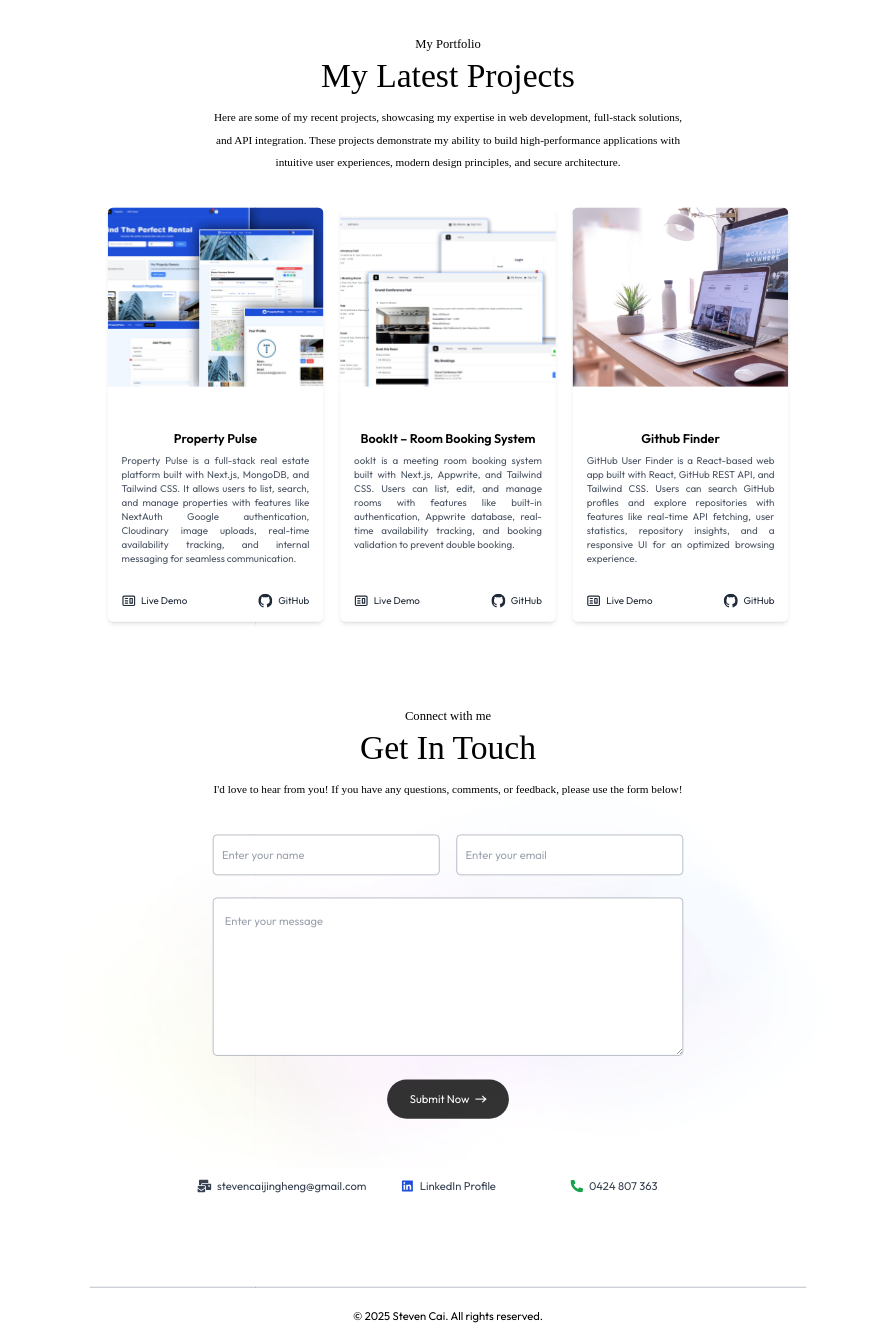
Repository: Steven4cai/profolio
Page: /
The author's editor kept a copy of each file at every save. The page is drawn from the files as they stood at one save, then again after the next save.
The browser window is 1280 px wide. The pictures show the part of the page from y = 2345 to 4265 px (the page is 4265 px tall before and 4241 px after), at 70% of full size.
Some web fonts or font styles are not loaded; a fallback is used. The project was rebuilt for these pictures with package versions that can differ from the ones it lists, and the page was loaded fresh each time. The framework's server and built-in components were replaced by stand-ins that run in the browser. Also part of the build but not shown: next.config.mjs.

Above is the page before, as saved 2025-02-09 14:47:47.

### app/layout.js
import {Outfit,Ovo} from "next/font/google";
import "./globals.css";

const outfit = Outfit({
  subsets: ["latin"],weight:["400","500","600","700"]
});

const ovo = Ovo({
  subsets: ["latin"],weight:["400"]
});

export const metadata = {
  title: "Profolio - Steven",
  description: "",
};

export default function RootLayout({ children }) {
  return (
    <html lang="en" className="scroll-smooth ">
      <body className={`${outfit.className} ${ovo.className} antialiased leading-8 overflow-x-hidden
      dark:bg-darkTheme dark:text-white`}>
        <main>{children}</main>
      </body>
    </html>
  );
}

### app/page.js
'use client'
import About from "@/components/About";
import Header from "@/components/Header";
import Navbar from "@/components/Navbar";
import Services from "@/components/Services";
import Work from "@/components/Work";
import Contact from "@/components/Contact";
import Footer from "@/components/Footer";
import { useEffect, useState } from "react";

export default function Home() {
  const [isDark,setIsDark] = useState(false)

  useEffect(()=>{
    if(localStorage.theme === 'dark' || (!('theme' in localStorage) && window.matchMedia('(prefers-color-scheme:dark)').matches)){
      setIsDark(true)
    }else{
      setIsDark(false)
    }
  },[])

  useEffect(()=>{
    if(isDark){
      document.documentElement.classList.add('dark')
      localStorage.theme = 'dark'
    }else{
      document.documentElement.classList.remove('dark')
      localStorage.theme = ''
    }
  } ,[isDark])
  return (
    <>
    <Navbar isDark = {isDark} setIsDark = {setIsDark}/>
    <Header isDark = {isDark}/>
    <About isDark = {isDark}/>
    <Services isDark = {isDark}/>
    <Work isDark = {isDark}/>
    <Contact isDark = {isDark}/>
    <Footer isDark = {isDark}/>
    </>
  );
}

### components/About.jsx
import Image from 'next/image'
import React from 'react'
import {assets, infoList, toolsData} from '@/assets/assets'


const About = ({isDark}) => {
  return (
    <div id='about' className='w-full px-[12%] py-10 scroll-mt-20'>
      <h4 className='text-center mb-2 text-lg font-Ovo'>Introduction</h4>
      <h2 className='text-center text-5xl font-Ovo'>About Me</h2>

    <div className='flex w-full flex-col lg:flex-row items-center gap-20 my-20'>
        <div className='w-64 sm:w-80 rounded-3xl max-w-none'>
            <Image src={assets.user_image} alt='user'
            className='w-full rounded-3xl'/>
        </div>
        <div className='flex-1'>
            <p className='mb-10 max-w-2xl font-Ovo'>
            I am a web developer with a background in IT and software
         engineering. I specialize in building scalable and efficient web
          applications, focusing on clean code, performance optimization,
          and user experience. Skilled in both front-end and back-end
          technologies, I am always eager to learn and apply new solutions.
            </p>
            <ul className='grid grid-cols-1 sm:grid-cols-3 gap-6 max-w-2xl'>
                {infoList.map((info,index) => (
                    <li
                    className='border-[0.5px] border-gray-400 rounded-xl p-6
                    cursor-pointer hover:bg-lightHover hover:-translate-y-1 duration-500
                    hover:shadow-black
                    dark:border-white dark:hovr:shadow-white dark:hover:bg-darkHover/50'
                    key={index}>
                        <Image src={isDark ? info.iconDark : info.icon} alt={info.title} className='w-7 mt-3'/>
                        <h3 className='my-4 font-semiblod text-gray-700 dark:text-white'>{info.title}</h3>
                        <p className='text-gray-600 text-sm dark:text-white/80'>{info.description}</p>
                    </li>
                ))}
            </ul>

            <h4 className='my-6 text-gray-700 font-Ovo dark:text-white/80'>Tools I use</h4>


                <ul className='flex items-center gap-3 sm:gap-5'>
                    {toolsData.map((tool,index) => (
                        <li className=
                        'flex items-center justify-center w-12 sm:w-14 aspect-square border border-gray-400 rounded-lg cursor-pointer hover:-translate-y-1 duration-500'
                         key={index}>
                            <Image src={tool} alt='Tool' className='w-5 sm:w-7' />
                        </li>
                    ))}
                </ul>
        </div>
    </div>

    </div>
  )
}

export default About

### components/Header.jsx
import React from 'react'
import Image from 'next/image'
import {assets} from '@/assets/assets'

const Header = () => {
  return (
    <div className=
    'w-11/12 max-w-3xl text-center mx-auto h-screen flex flex-col items-center justify-center gap-4'>
      <div>
        <Image src={assets.profile_img} alt='' className='rounded-full w-32'/>
      </div>
      <h3 className='flex items-end gap-2 text-xl md:text-2xl mb-3 font-Ovo'>Hi! I'm Steven Cai <Image src={assets.hand_icon} alt='' className='w-6'/></h3>
        <h1 className='text-3xl sm:text-6xl lg:text-[66px] font-Ovo'>Frontend web developer based in Sydney</h1>
        <p className='max-w-2xl mx-auto font-Ovo'>
          Web developer with a strong foundation in software engineering,
           specializing in building efficient, scalable, and user-friendly
            applications.
        </p>
        <div className=
        'flex flex-col sm:flex-row items-center gap-4 mt-4'>
            <a href="#contact"
             className='px-10 py-3 border rounded-full bg-black text-white flex items-center gap-2
             dark:bg-transparent'>
                Contact me  <Image src={assets.right_arrow_white} alt='' className='w-4'/></a>
            <a href="/Steven_Cai_ITResume.pdf" download
            className='px-10 py-3 border rounded-full border-gray-500 flex items-center gap-2
            bg-white dark:text-black'
            >My resume  <Image src={assets.download_icon} alt='' className='w-4'/></a>

        </div>


    </div>
  )
}

export default Header

### components/Navbar.jsx
'use client'

import Image from 'next/image'
import React, { useEffect, useState } from 'react'
import {assets} from '@/assets/assets'

const Navbar = ({isDark,setIsDark}) => {
    const [isScroll, setIsScrool] = useState(false)

    const [isMenuOpen, setIsMenuOpen] = useState(false);

    const openMenu = () => {
        setIsMenuOpen(true);
    };

    const closeMenu = () => {
        setIsMenuOpen(false);
    };

    useEffect(()=>{
        window.addEventListener('scroll',()=>{
            if(scrollY > 50){
                setIsScrool(true)
            }else{
                setIsScrool(false)
            }
        })
    } ,[])

    return (
        <>
            <div className='fixed top-0 right-0 w-11/12 -z-10 translate-y-[-80%] dark:hidden'>
                <Image src={assets.header_bg_color} alt='' className='w-full' />
            </div>

            <nav className={`w-full fixed px-5 lg:px-8 xl:px-[8%] py-4 flex
                items-center justify-between z-50 ${isScroll
                ? 'bg-white bg-opacity-50 backdrop-blur-lg shadow-sm dark:bg-darkTheme dark:shadow-white/20'
                : ''}`}>
                <a href="#top">
                    <Image alt='logo' className='w-28 cursor-pointer mr-14 bg-white rounded-full' src={assets.logo} />
                </a>

                <ul className={`hidden md:flex items-center gap-6
                    lg:gap-8 rounded-full px-12 py-3
                    ${isScroll ?'' : 'bg-white shadow-sm bg-opacity-50 dark:border dark:border-white/50 dark:bg-transparent'}`}>
                    <li><a className='font-Ovo' href="#top">Home</a></li>
                    <li><a className='font-Ovo' href="#about">About me</a></li>
                    <li><a className='font-Ovo' href="#services">Services</a></li>
                    <li><a className='font-Ovo' href="#work">My Work</a></li>
                    <li><a className='font-Ovo' href="#contact">Contact me</a></li>
                </ul>

                <div className='flex items-center gap-4'>

                    <button onClick={() => setIsDark(prev => !prev)}>
                        <Image src={isDark ? assets.sun_icon : assets.moon_icon} alt='' className='w-6' />
                    </button>

                    <a href='#contact' className='hidden lg:flex items-center gap-3 px-10 py-2.5
                    border border-gray-500 rounded-full ml-4 font-Ovo
                    dark:border-white/50'>
                        Contact <Image className='w-3' src={isDark ?assets.arrow_icon_dark :assets.arrow_icon} alt='arrowicon' />
                    </a>

                    <button className='block md:hidden ml-3' onClick={openMenu}>
                        <Image src={isDark ?assets.menu_white :assets.menu_black} alt='' className='w-6' />
                    </button>
                </div>

                <ul className={`flex flex-col gap-4 py-20 px-10
                fixed -right-0 top-0 bottom-0 w-64 z-50 h-screen bg-rose-50
                transition duration-500' dark:bg-darkHover dark:text-white
                ${isMenuOpen ? 'translate-x-0' : 'translate-x-[16rem]'} md:hidden`}>
                    {/* Close Button */}
                    <div className='absolute right-6 top-6' onClick={closeMenu}>
                        <Image src={isDark ?assets.close_white :assets.close_black} alt='' className='w-5 cursor-pointer' />
                    </div>

                    <li><a onClick={closeMenu} className='font-Ovo' href="#top">Home</a></li>
                    <li><a onClick={closeMenu} className='font-Ovo' href="#about">About me</a></li>
                    <li><a onClick={closeMenu} className='font-Ovo' href="#services">Services</a></li>
                    <li><a onClick={closeMenu} className='font-Ovo' href="#work">My Work</a></li>
                    <li><a onClick={closeMenu} className='font-Ovo' href="#contact">Contact me</a></li>
                </ul>
            </nav>
        </>
    )
}

export default Navbar;

### components/Services.jsx
import React from "react";
import { TbWorld } from "react-icons/tb";
import { RiStackFill } from "react-icons/ri";
import { AiOutlineApi } from "react-icons/ai";
import { MdSecurity } from "react-icons/md";

export const serviceData = [
  { icon: <TbWorld className="text-4xl text-gray-700 dark:text-white" />, title: 'Frontend Development', description: 'Building modern, responsive, and interactive web applications using React.js, Next.js, and Tailwind CSS to ensure seamless user experience.', link: '' },
  { icon: <RiStackFill className="text-4xl text-gray-700 dark:text-white" />, title: 'Full-Stack Development', description: 'Developing scalable web applications with Next.js, Appwrite, MongoDB, and Firebase, handling both frontend and backend efficiently.', link: '' },
  { icon: <AiOutlineApi className="text-4xl text-gray-700 dark:text-white" />, title: 'API Development & Integration', description: 'Creating and integrating RESTful APIs to enable smooth data communication between systems, ensuring high performance and security.', link: '' },
  { icon: <MdSecurity className="text-4xl text-gray-700 dark:text-white" />, title: 'Authentication & Security', description: 'Implementing secure authentication using NextAuth.js, OAuth, JWT, and Firebase Auth, ensuring data protection and user privacy.', link: '' },
];

const Services = () => {
  return (
    <div id='services' className='w-full px-[12%] py-10 scroll-mt-20'>
      <h4 className='text-center mb-2 text-lg font-Ovo'>What I offer</h4>
      <h2 className='text-center text-5xl font-Ovo'>My Services</h2>

      <p className='text-center max-w-2xl mx-auto mt-5 mb-12 font-Ovo'>
        I design and develop modern, high-performance web applications with
        a focus on efficiency, scalability, and seamless user experience. Whether
        it’s front-end UI/UX, full-stack solutions, or API integrations,
        I build robust and maintainable systems tailored to business needs.
      </p>

      <div className='grid grid-cols-1 sm:grid-cols-2 md:grid-cols-4 gap-6 my-10'>
        {serviceData.map(({ icon, title, description, link }, index) => (
          <div
            className='border border-gray-400 rounded-lg px-8 py-10 flex flex-col items-center text-center
              hover:shadow-black cursor-pointer hover:bg-lightHover hover:-translate-y-1 duration-500
              dark:hover:bg-darkHover dark:hover:shadow-white'
            key={index}
          >
            {icon}
            <h3 className='text-lg my-4 text-gray-700 dark:text-white'>{title}</h3>
            <p className='text-sm text-gray-600 leading-5 dark:text-white/80'>{description}</p>
          </div>
        ))}
      </div>
    </div>
  );
};

export default Services;

### components/Work.jsx
import { assets, workData } from '@/assets/assets';
import React from 'react';
import Image from 'next/image';
import Link from 'next/link';
import { BsGithub } from 'react-icons/bs';
import { CgWebsite } from 'react-icons/cg';

const Work = ({ isDark }) => {
  return (
    <div id="work" className="w-full px-[12%] py-10 scroll-mt-20">
      <h4 className="text-center mb-2 text-lg font-Ovo">My Portfolio</h4>
      <h2 className="text-center text-5xl font-Ovo">My Latest Projects</h2>

      <p className="text-center max-w-2xl mx-auto mt-5 mb-12 font-Ovo">
      Here are some of my recent projects, showcasing my expertise in web
       development, full-stack solutions, and API integration. These projects
        demonstrate my ability to build high-performance applications
         with intuitive user experiences, modern design principles, and secure
         architecture.
      </p>

      <div className="grid grid-cols-1 sm:grid-cols-2 md:grid-cols-3 gap-6 my-10">
  {workData.map((work, index) => (
    <div
      key={index}
      className="flex flex-col bg-white dark:bg-gray-900 rounded-lg shadow-md overflow-hidden group cursor-pointer"
    >
      <div
        className="h-64 bg-cover bg-center transition-transform duration-500 group-hover:scale-105 mb-10"
        style={{ backgroundImage: `url(${work.bgImage})` }}
      ></div>

      <div
        className="p-5 w-full flex flex-col flex-grow transition-all duration-500 group-hover:-translate-y-2"
      >
        <h2 className="font-semibold text-lg dark:text-white text-center">
          {work.title}
        </h2>
        <p className="text-sm text-gray-600 dark:text-gray-300 mt-2 text-justify flex-grow">
          {work.description}
        </p>

        <div className="mt-10 flex justify-between items-center">
          <Link
            href={work.website}
            target="_blank"
            className="flex items-center gap-2 text-sm text-gray-800 dark:text-white hover:text-blue-500 transition-colors"
          >
            <CgWebsite className="text-xl" /> Live Demo
          </Link>

          <Link
            href={work.github}
            target="_blank"
            className="flex items-center gap-2 text-sm text-gray-800 dark:text-white hover:text-gray-600 transition-colors"
          >
            <BsGithub className="text-xl" /> GitHub
          </Link>
        </div>
      </div>
    </div>
  ))}
</div>

    </div>
  );
};

export default Work;

### components/Contact.jsx
'use client'
import { assets } from '@/assets/assets'
import React,{ useState } from 'react'
import Image from 'next/image'
import { FaPhoneAlt,FaMailBulk } from "react-icons/fa";
import Link from 'next/link';
import { AiFillLinkedin } from "react-icons/ai";
const Contact = () => {

    const [result, setResult] = React.useState("");

  const onSubmit = async (event) => {
    event.preventDefault();
    setResult("Sending....");
    const formData = new FormData(event.target);

    formData.append("access_key", "d1d257f8-3b83-45d6-8d1c-4f4ca340e588");

    const response = await fetch("https://api.web3forms.com/submit", {
      method: "POST",
      body: formData
    });

    const data = await response.json();

    if (data.success) {
      setResult("Form Submitted Successfully");
      event.target.reset();
    } else {
      console.log("Error", data);
      setResult(data.message);
    }
  };


  return (
    <div id='contact' className='w-full px-[12%] py-10 scroll-mt-20 bg-[url("/footer-bg-color.png")] bg-no-repeat
    bg-center bg-[length:90%_auto] dark:bg-none'>
        <h4 className='text-center mb-2 text-lg font-Ovo'>Connect with me</h4>
        <h2 className='text-center text-5xl font-Ovo'>Get In Touch</h2>

        <p className='text-center max-w-2xl mx-auto mt-5 mb-12 font-Ovo'>
       I'd love to hear from you! If you have any questions, comments, or feedback, please use the form below!
        </p>

        <form onSubmit={onSubmit} className='max-w-2xl mx-auto'>
            <div className='grid grid-cols-auto gap-6 mt-10 mb-8'>
                <input
                className='flex-1 p-3 outline-none border-[0.5px] border-gray-400 rounded-md bg-white
                dark:bg-darkHover/30 dark:border-white/90'
                type="text" placeholder='Enter your name' required name="name" />
                <input
                className='flex-1 p-3 outline-none border-[0.5px] border-gray-400 rounded-md bg-white
                dark:bg-darkHover/30 dark:border-white/90'
                type="email" placeholder='Enter your email' required name="email" />
            </div>
            <textarea
            className='w-full p-4 outline-none border-[0.5px] border-gray-400 rounded-md bg-white mb-6
            dark:bg-darkHover/30 dark:border-white/90'
            rows={6} placeholder='Enter your message'  name="message" required></textarea>
            <button
            className='py-3 px-8 w-max flex items-center justify-between gap-2 bg-black/80 text-white rounded-full
            mx-auto hover:bg-black duration-500 dark:bg-transparent dark:border-[0.5px] dark:hover:bg-darkHover'
            type='submit'>
                Submit Now <Image src={assets.right_arrow_white} alt='' className='w-4'/>
            </button>

            <p className='mt-4'>{result}</p>
            <div className='mt-20'>
            <div className="grid grid-cols-1 sm:grid-cols-2 md:grid-cols-3 gap-10 justify-items-center my-10">
  {/* 📧 邮件 */}
  <Link href="mailto:stevencaijingheng@gmail.com">
    <div className="flex items-center gap-2 cursor-pointer hover:text-blue-500 transition">
      <FaMailBulk className="text-xl text-gray-700 dark:text-white" />
      <span className="text-gray-700 dark:text-white">stevencaijingheng@gmail.com</span>
    </div>
  </Link>

  {/* 🔗 LinkedIn */}
  <Link href="https://www.linkedin.com/in/stevencai1" target="_blank" rel="noopener noreferrer">
    <div className="flex items-center gap-2 cursor-pointer hover:text-blue-500 transition">
      <AiFillLinkedin className="text-blue-700 dark:text-blue-400 text-xl" />
      <span className="text-gray-700 dark:text-white">LinkedIn Profile</span>
    </div>
  </Link>

  {/* 📞 电话 */}
  <div className="flex items-center gap-2">
    <FaPhoneAlt className="text-green-600 text-lg" />
    <span className="text-gray-700 dark:text-white">0424 807 363</span>
  </div>
</div>

      </div>
        </form>
    </div>
  )
}

export default Contact

### components/Footer.jsx
import Image from 'next/image'
import React from 'react'
import { assets } from '@/assets/assets'


const Footer = ({ isDark }) => {
  const currentYear = new Date().getFullYear();

  return (




      <div className='text-center border-t border-gray-400 mx-[10%] mt-12 py-6'>
        <p>&copy; {currentYear} Steven Cai. All rights reserved.</p>
      </div>

  )
}

export default Footer;

### tailwind.config.mjs
/** @type {import('tailwindcss').Config} */
export default {
  content: [
    "./pages/**/*.{js,ts,jsx,tsx,mdx}",
    "./components/**/*.{js,ts,jsx,tsx,mdx}",
    "./app/**/*.{js,ts,jsx,tsx,mdx}",
  ],
  theme: {
    extend: {
      colors: {
        lightHover: '#fcf4ff',
        darkHover: '#2a004a',
        darkTheme: '#11001F'
      },
      fontFamily:{
        Outfit:["Outfit", "sans-serif"],
        Ovo: ["Ovo", "serif"]
      },
      boxShadow:{
        'black': '4px 4px 0 #000',
        'white': '4px 4px 0 #fff',
      },
      gridTemplateColumns:{
        'auto':'repeat(auto-fit,minmax(200px,1fr))'
      }
    },
  },
  darkMode: 'selector',
  plugins: [],
};

Loaded but not shown: app/globals.css (common file); assets/assets.js (123 lines, source omitted)

After the next save:
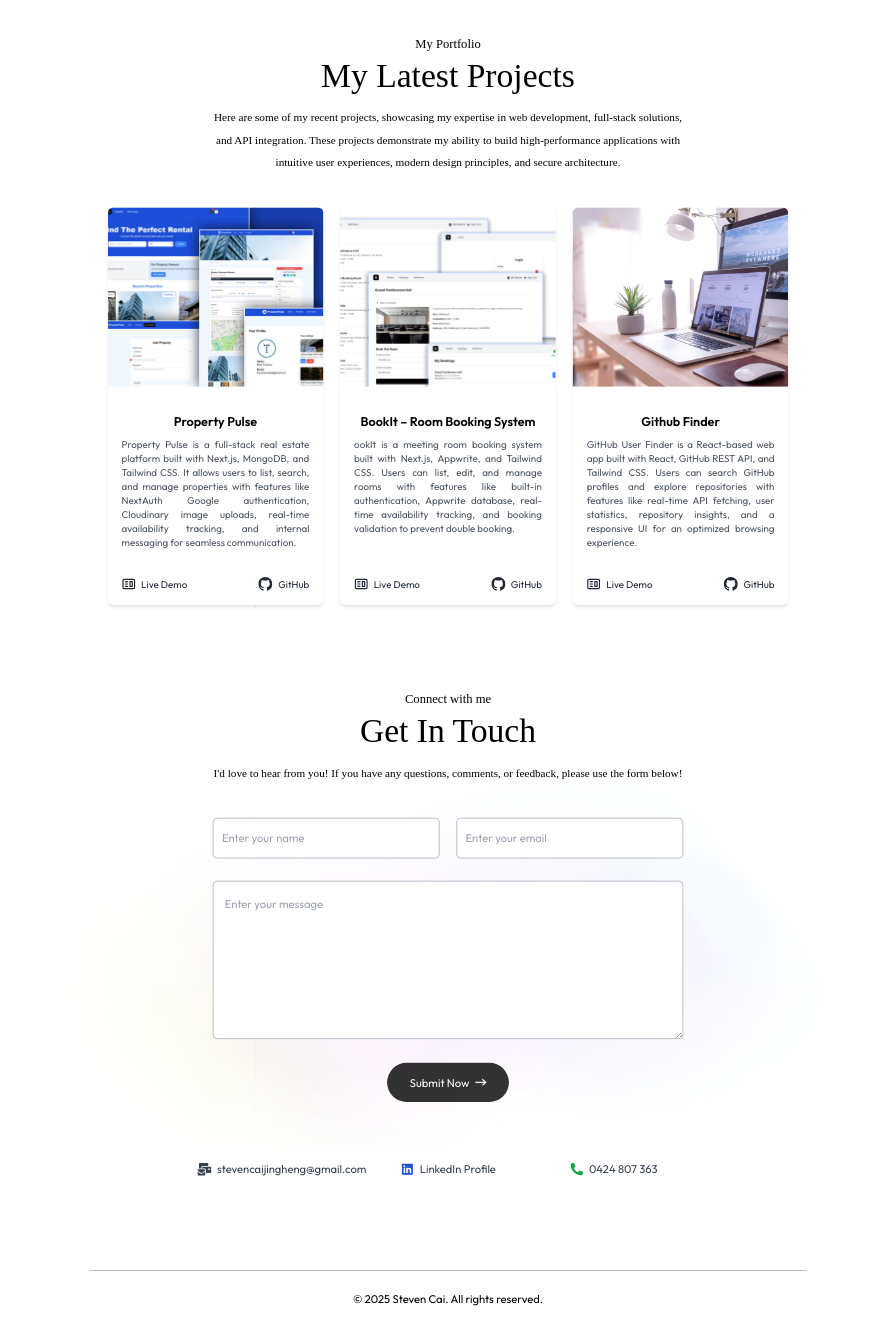
Saved 6 s later.
--- a/components/Work.jsx
+++ b/components/Work.jsx
@@ -26,7 +26,7 @@ const Work = ({ isDark }) => {
       className="flex flex-col bg-white dark:bg-gray-900 rounded-lg shadow-md overflow-hidden group cursor-pointer"
     >
       <div
-        className="h-64 bg-cover bg-center transition-transform duration-500 group-hover:scale-105 mb-10"
+        className="h-64 bg-cover bg-center transition-transform duration-500 group-hover:scale-105 mb-4"
         style={{ backgroundImage: `url(${work.bgImage})` }}
       ></div>
 
